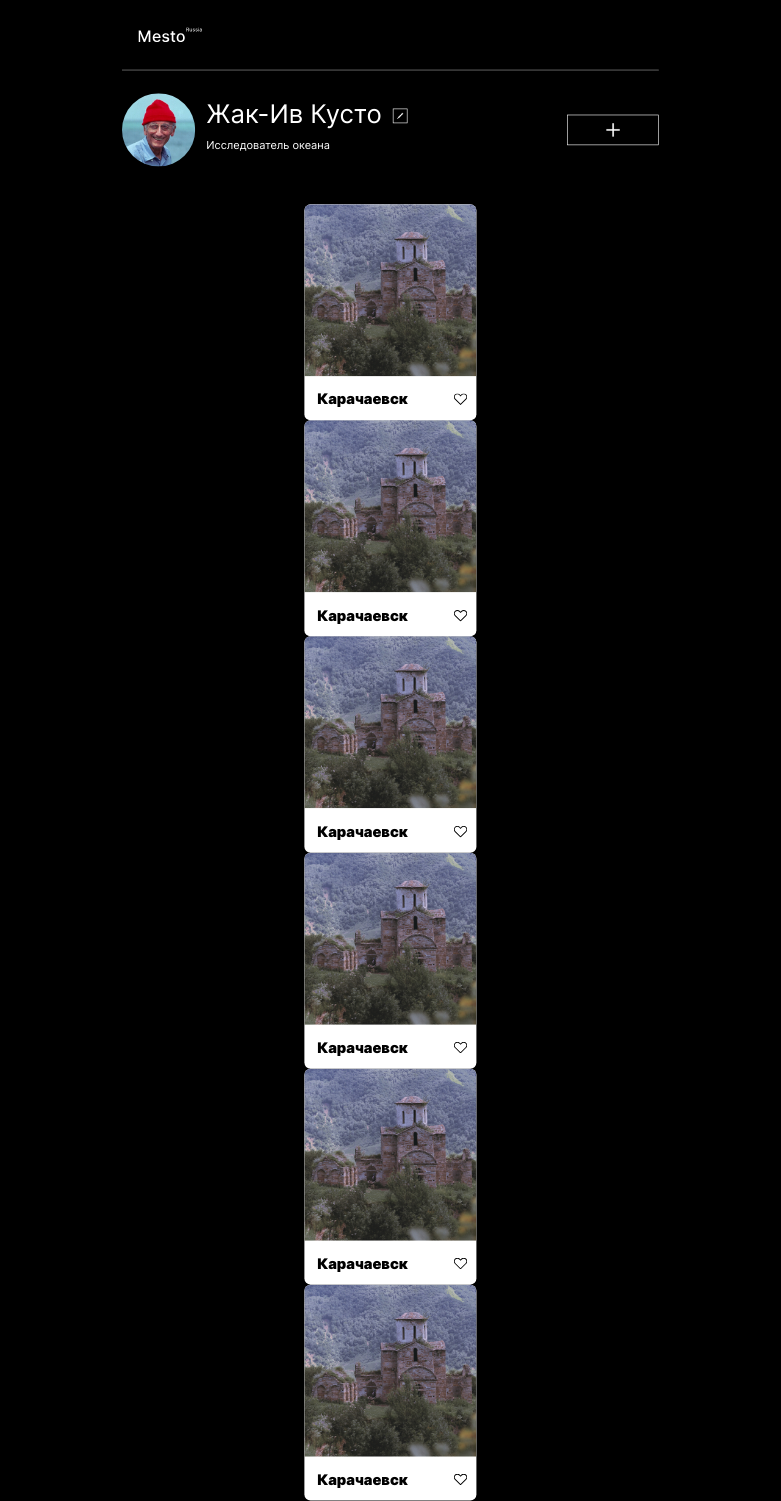
Repository: dyond/mesto
Page: index.html
The author's editor kept a copy of each file at every save. The page is drawn from the files as they stood at one save, then again after the next save.
The browser window is 1280 px wide. The pictures show the whole page, at 61% of full size.

Above is the page before, as saved 2022-11-28 19:40:01.

### index.html
<!DOCTYPE html>
<html lang="ru">
<head>
  <meta charset="UTF-8">
  <meta http-equiv="X-UA-Compatible" content="IE=edge">
  <meta name="viewport" content="width=device-width, initial-scale=1.0">
  <link rel="stylesheet" href="pages/index.css">
  <title>Mesto</title>
</head>
<body class="root">
  <div class="page">
    <header class="header">
      <img src="images/logo.svg" alt="" class="header__logo">
      <hr class="header__line">
    </header>
    <main>
      <section class="profile">
        <img src="images/avatar.jpg" alt="" class="profile__avatar">
        <div class="profile__info">
          <div class="profile__info-group">
            <h1 class="profile__info-title">Жак-Ив Кусто</h1>
            <button class="profile__info-button profile__info-button__edit">
              <img src="images/Vector.png" alt="">
            </button>
          </div>
          <p class="profile__info-subtitle">Исследователь океана</p>

        </div>
        <button class="profile__info-button profile__info-button__add">
          <img src="images/Vector_2.png" alt="">
        </button>
      </section>
      <section class="cards">
        <div class="card">
          <img src="images/kirill-pershin-1088404-unsplash.jpg" alt="" class="card__image">
          <div class="card__group">
            <h2 class="card__title">Карачаевск</h2>
            <button class="card__button">
              <img src="images/vector_3.svg" alt="">
            </button>
          </div>
        </div>
        <div class="card">
          <img src="images/kirill-pershin-1088404-unsplash.jpg" alt="" class="card__image">
          <div class="card__group">
            <h2 class="card__title">Карачаевск</h2>
            <button class="card__button">
              <img src="images/vector_3.svg" alt="">
            </button>
          </div>
        </div>
        <div class="card">
          <img src="images/kirill-pershin-1088404-unsplash.jpg" alt="" class="card__image">
          <div class="card__group">
            <h2 class="card__title">Карачаевск</h2>
            <button class="card__button">
              <img src="images/vector_3.svg" alt="">
            </button>
          </div>
        </div>
        <div class="card">
          <img src="images/kirill-pershin-1088404-unsplash.jpg" alt="" class="card__image">
          <div class="card__group">
            <h2 class="card__title">Карачаевск</h2>
            <button class="card__button">
              <img src="images/vector_3.svg" alt="">
            </button>
          </div>
        </div>
        <div class="card">
          <img src="images/kirill-pershin-1088404-unsplash.jpg" alt="" class="card__image">
          <div class="card__group">
            <h2 class="card__title">Карачаевск</h2>
            <button class="card__button">
              <img src="images/vector_3.svg" alt="">
            </button>
          </div>
        </div>
        <div class="card">
          <img src="images/kirill-pershin-1088404-unsplash.jpg" alt="" class="card__image">
          <div class="card__group">
            <h2 class="card__title">Карачаевск</h2>
            <button class="card__button">
              <img src="images/vector_3.svg" alt="">
            </button>
          </div>
        </div>
      </section>
    </main>
  </div>
</body>
</html>

### pages/index.css
/* NORMALIZE */
@import url(../vendor/normalize.css);

/* ROOT */
@import url(../blocks/root/root.css);

/* PAGE */
@import url(../blocks/page/page.css);

/* FONTS */
@import url(../vendor/fonts/fonts.css);

/* HEADER */
@import url(../blocks/header/header.css);
@import url(../blocks/header/__logo/header__logo.css);
@import url(../blocks/header/__line/header__line.css);

/* PROFILE */
@import url(../blocks/profile/profile.css);
@import url(../blocks/profile/__avatar/profile__avatar.css);
@import url(../blocks/profile/__info-button/profile__info-button.css);
@import url(../blocks/profile/__info/profile__info.css);
@import url(../blocks/profile/__info-group/profile__info-group.css);
@import url(../blocks/profile/__info-title/profile__info-title.css);
@import url(../blocks/profile/__info-subtitle/profile__info-subtitle.css  );
@import url(../blocks/profile/__info-button/__edit/profile__info-button__edit.css);
@import url(../blocks/profile/__info-button/__add/profile__info-button__add.css);

/* CARDS */
@import url(../blocks/cards/cards.css);
@import url(../blocks/cards/card/card.css);
@import url(../blocks/cards/card/__title/card__title.css);
@import url(../blocks/cards/card/__button/card__button.css);
@import url(../blocks/cards/card/__group/card__group.css);
@import url(../blocks/cards/card/__image/card__image.css);

### blocks/root/root.css
.root{
  background: #000000;
}

### blocks/page/page.css
.page{
  font-family: 'Inter', Arial, sans-serif;
  max-width: 880px;
  margin: 0 auto;
}

### vendor/fonts/fonts.css
@font-face {
  font-family: "Inter";
  src: local("Inter"),
    url("./Inter-Regular.woff2") format("woff2"),
    url("./Inter-Regular.woff") format("woff");
  font-weight: 400;
}

@font-face {
  font-family: "Inter";
  src: local("Inter"),
    url("./Inter-Bold.woff2") format("woff2"),
    url("./Inter-Bold.woff") format("woff");
  font-weight: 700;
}

@font-face {
  font-family: "Inter";
  src: local("Inter"),
    url("./Inter-Black.woff2") format("woff2"),
    url("./Inter-Black.woff") format("woff");
  font-weight: 900;
}

### blocks/header/header.css
.header {
  margin: 28px 0 42px;
  height: 56px;
}

@media screen and (min-width: 880px) {
  .header {
      margin: 45px 0 40px;
  }
}

### blocks/header/__logo/header__logo.css
.header__logo{
  width: 104px;
  margin-bottom: 32px;
  margin-left: 27px;
}

@media screen and (min-width: 880px) {
  .header__logo {
    margin-bottom: 41px;
  }
}

### blocks/header/__line/header__line.css
.header__line{
  margin: 0;
  opacity: 0.7;
  border: 1px solid #545454;
  background-color: #545454;
}

### blocks/profile/profile.css
.profile{
  font-size: 0px;
  display: flex;
  flex-direction: column;
  align-items: center;
  flex-wrap: wrap;
  justify-content: space-between;
  margin-bottom: 36px;
}

@media screen and (min-width: 880px){
  .profile{
    flex-direction: row;
    margin-bottom: 50px;
  }
}

### blocks/profile/__avatar/profile__avatar.css
.profile__avatar{
  border-radius: 50%;
  max-width: 120px;
}

### blocks/profile/__info-button/profile__info-button.css
.profile__info-button:hover{
  cursor: pointer;
  opacity: 0.6;
}

### blocks/profile/__info/profile__info.css
.profile__info{
  color: #fff;
}

### blocks/profile/__info-group/profile__info-group.css
.profile__info-group {
  display: flex;
  align-items: center;
  margin-left: 25px;
}

@media screen and (min-width: 880px) {
  .profile__info-group {
    margin-left: 0;
  }
}

### blocks/profile/__info-title/profile__info-title.css
.profile__info-title{
  margin: 0 auto;
  font-weight: 500;
  font-size: 27px;
  line-height: 33px;
  text-align: center;
  margin-top: 26px;
  margin-bottom: 14px;
}

@media screen and (min-width: 880px) {
  .profile__info-title {
    margin-top: 22px;
    margin-bottom: 16px;
    font-size: 42px;
    line-height: 48px;
  }
}

### blocks/profile/__info-subtitle/profile__info-subtitle.css
.profile__info-subtitle{
  margin: 0;
  font-weight: 400;
  font-size: 14px;
  text-align: center;
  line-height: 17px;
  margin-bottom: 36px;
}

@media screen and (min-width: 880px) {
  .profile__info-subtitle {
    font-size: 18px;
    line-height: 22px;
    text-align: start;
  }
}

### blocks/profile/__info-button/__edit/profile__info-button__edit.css
.profile__info-button__edit{
  padding: 0;
  height: 18px;
  width: 18px;
  background: transparent;
  border: 1px solid #fff;
  margin-left: 10px;
  margin-top: 12px;
}

@media screen and (min-width: 880px) {
  .profile__info-button__edit {
    height: 24px;
    width: 24px;
    margin-top: 12px;
    margin-left: 18px;
  }
}

### blocks/profile/__info-button/__add/profile__info-button__add.css
.profile__info-button__add{
  padding: 0;
  width: 282px;
  height: 50px;
  background: transparent;
  border: 1px solid #fff;
}

@media screen and (min-width: 880px) {
  .profile__info-button__add {
    margin-left: 244px;
    width: 150px;
  }
}

### blocks/cards/cards.css
.cards{
  display: grid;
  grid-template-rows: ;
}

### blocks/cards/card/card.css
.card{
  margin: 0 auto;
  max-width: 282px;
  border-radius: 10px;
  background-color: #fff;
  text-align: center;
}

### blocks/cards/card/__title/card__title.css
.card__title{
  font-weight: 900;
  font-size: 24px;
  line-height: 29px;
}

### blocks/cards/card/__button/card__button.css
.card__button{
  padding: 0;
  font-size: 0;
  background: transparent;
  border: none;
  color: #fff;
}

.card__button:hover{
  cursor: pointer;
  opacity: 0.6;
}

### blocks/cards/card/__group/card__group.css
.card__group{
  display: flex;
  justify-content: space-between;
  margin: 0px 15px 0px 21px;
}

### blocks/cards/card/__image/card__image.css
.card__image{
  max-width: 282px;
  border-top-right-radius: 10px;
  border-top-left-radius: 10px;
}

Loaded but not shown: vendor/normalize.css (library)

After the next save:
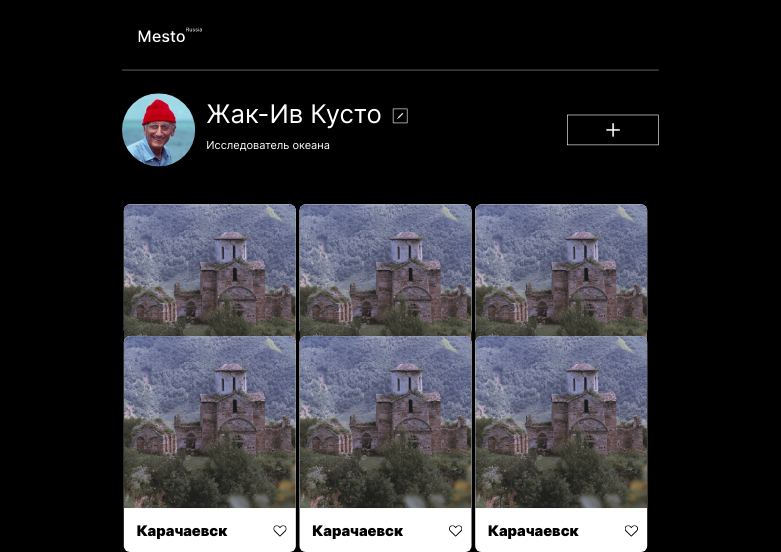
Saved 7 min 50 s later.
--- a/blocks/cards/cards.css
+++ b/blocks/cards/cards.css
@@ -1,4 +1,5 @@
 .cards{
   display: grid;
-  grid-template-rows: ;
+  grid-template-columns: repeat(auto-fill, 288px);
+    grid-template-rows: repeat(auto-fill, 216px);
 }
